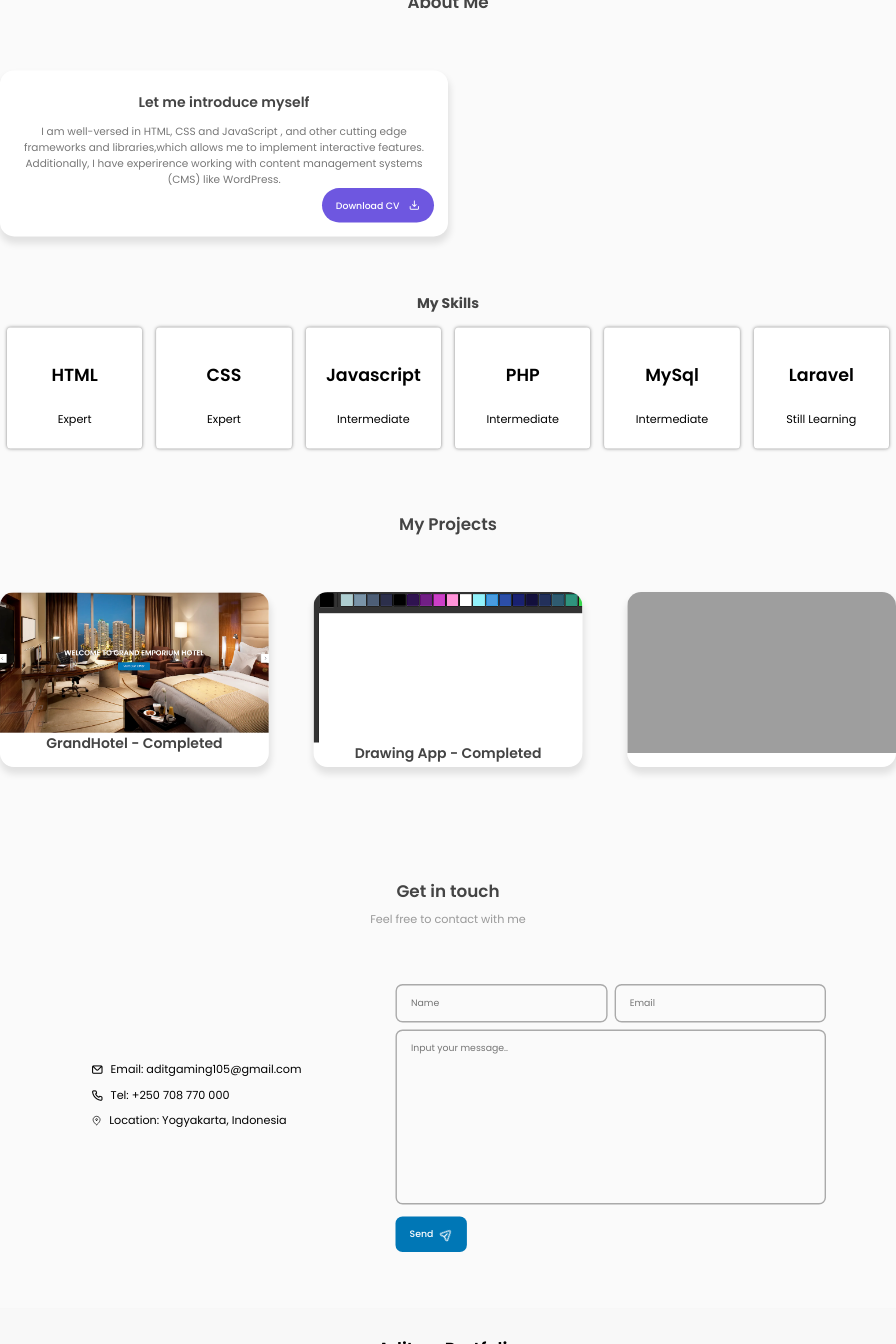
Repository: 4Kbrain/Portofolio
Page: index.html
An editor plug-in stored every save of this project. The page is shown before and after the next save, followed by the edit.
The browser window is 1280 px wide. The pictures show the part of the page from y = 814 to 2734 px (the page is 3007 px tall), at 70% of full size.
Pictures or frames that could not be fetched are drawn as grey boxes.

Above is the page before, as saved 2024-05-15 17:49:02.
Console error: ReferenceError: ScrollReveal is not defined

After the next save:
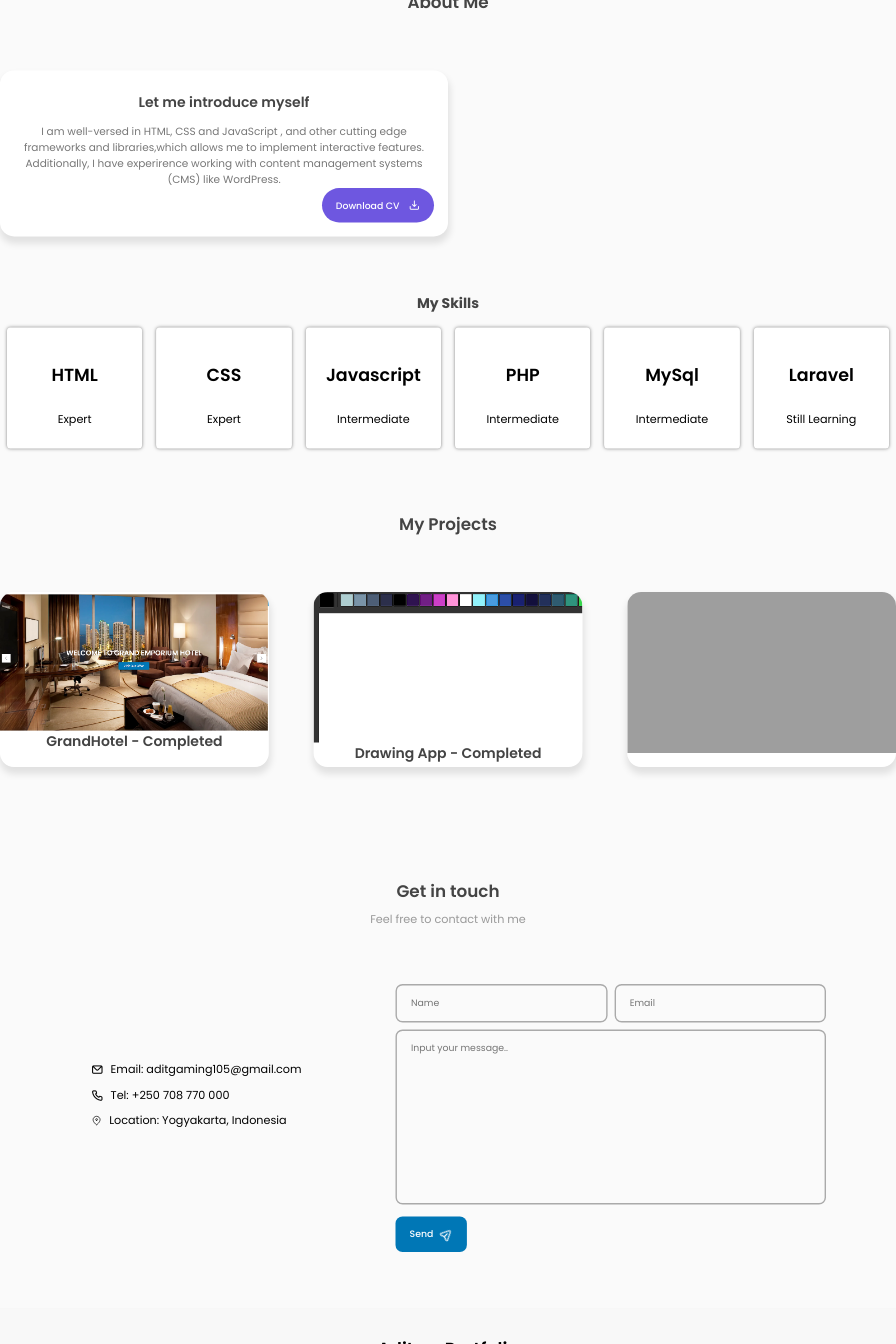
Saved 8 s later.
--- a/index.html
+++ b/index.html
@@ -177,8 +177,8 @@
         </div>
         <div class="project-container">
             <div class="project-box">
-                <a href=""> <img src="assets/img/GrandHotel.png" alt="Grand Hotel Project" class="project-image"></a>
-
+                <a href=""></a>
+                <img src="assets/img/GrandHotel.png" alt="Grand Hotel Project" class="project-image">
                 <h3>GrandHotel - Completed</h3>
                 <label class="clear">-</label>
             </div>
